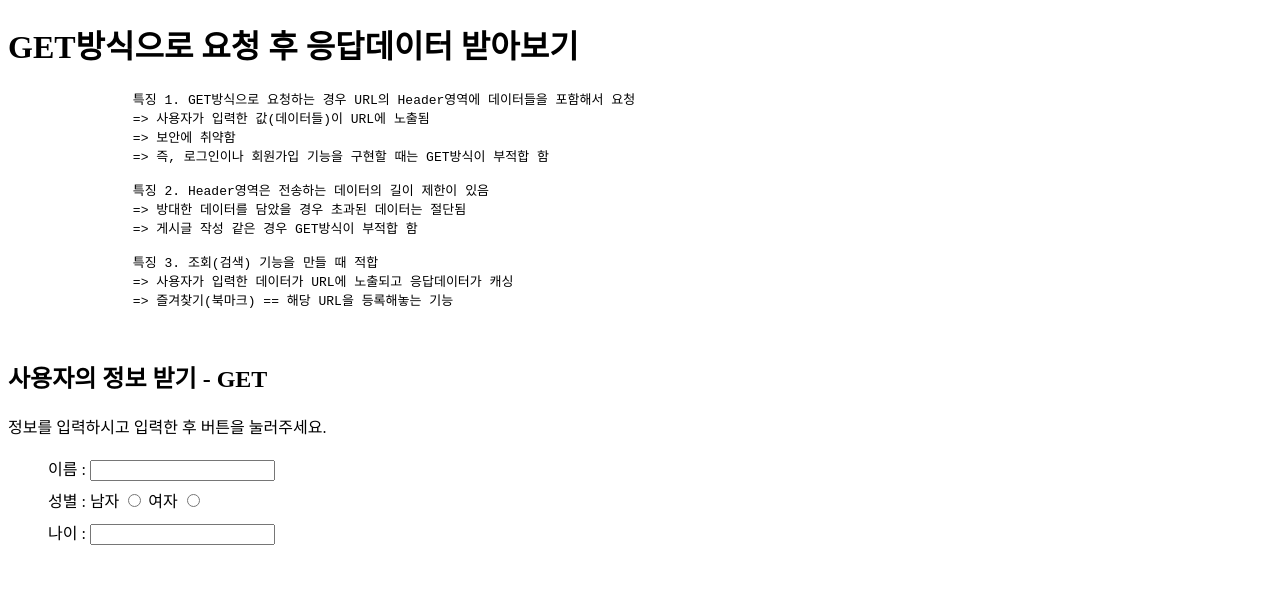
Repository: Rostreaca/0922_Web
Page: MyFirstWebProject/src/main/webapp/views/request_get.html
An editor plug-in stored every save of this project. The page is shown before and after the next save, followed by the edit.
The browser window is 1280 px wide. The pictures show the whole page.

Above is the page before, as saved 2025-09-22 08:10:53.

After the next save:
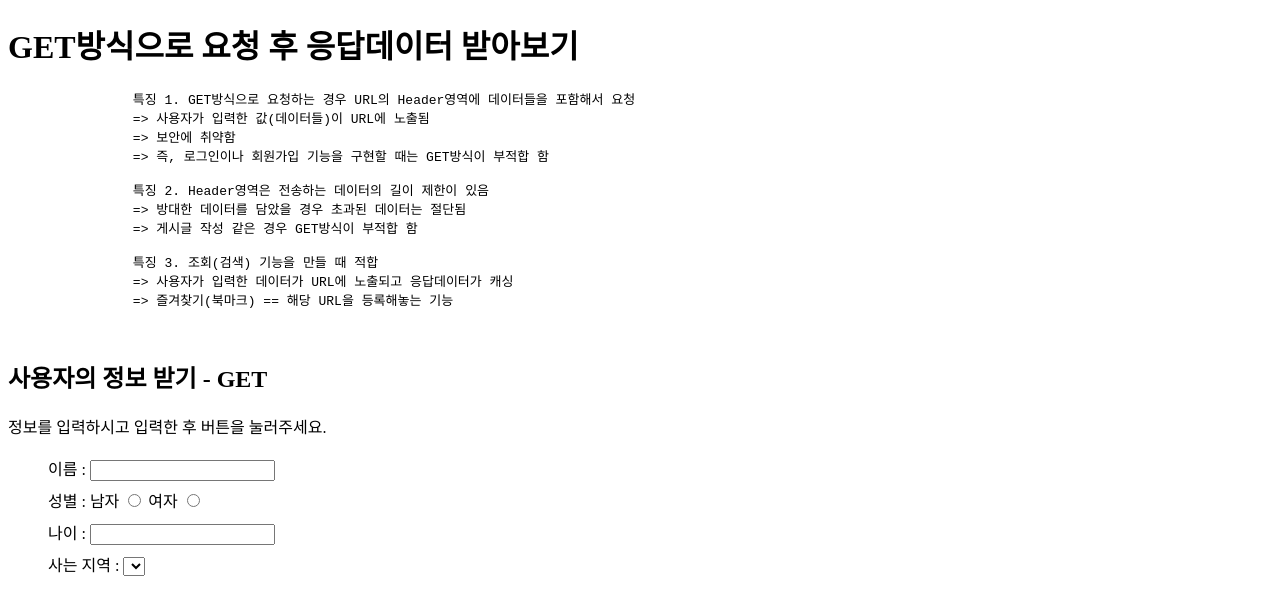
Saved 11 s later.
--- a/MyFirstWebProject/src/main/webapp/views/request_get.html
+++ b/MyFirstWebProject/src/main/webapp/views/request_get.html
@@ -46,7 +46,10 @@
 				나이 : <input type="number" />
 			</li>
 			<li>
+				사는 지역 :
+				<select>
 
+				</select>
 			</li>
 		</ul>
 	</form>
